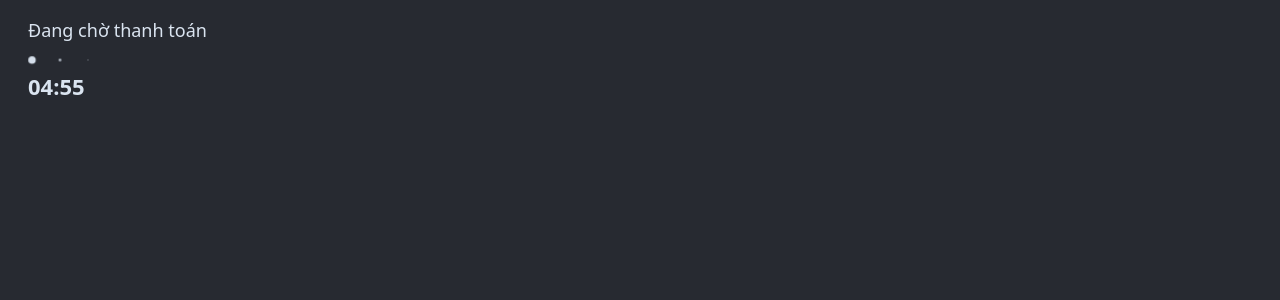
Repository: Quoc-Thang/projectasm
Page: payment.html
The author's editor kept a copy of each file at every save. The page is drawn from the files as they stood at one save, then again after the next save.
The browser window is 1280 px wide. The pictures show the whole page.
Some web libraries are served in a nearby version.

Above is the page before, as saved 2023-12-13 10:09:19.

### payment.html
<!DOCTYPE html>
<html lang="en">
  <head>
    <meta charset="UTF-8" />
    <meta name="viewport" content="width=device-width, initial-scale=1.0" />
    <title>F8 - Học lập trình để đi làm</title>
    <!-- Preconnect -->
    <link rel="preconnect" href="https://unpkg.com/aos@2.3.1" />
    <link
      rel="preconnect"
      href="https://cdn.jsdelivr.net/npm/bootstrap@5.3.2" />
    <link rel="preconnect" href="https://kit.fontawesome.com" />
    <link rel="preconnect" href="https://fonts.googleapis.com" />
    <link rel="preconnect" href="https://fonts.gstatic.com" crossorigin />

    <!-- AOS -->
    <link href="https://unpkg.com/aos@2.3.1/dist/aos.css" rel="stylesheet" />

    <!-- Bootstrap -->
    <link
      href="https://cdn.jsdelivr.net/npm/bootstrap@5.3.2/dist/css/bootstrap.min.css"
      rel="stylesheet"
      integrity="sha384-T3c6CoIi6uLrA9TneNEoa7RxnatzjcDSCmG1MXxSR1GAsXEV/Dwwykc2MPK8M2HN"
      crossorigin="anonymous" />

    <!-- Google Fonts -->
    <link
      href="https://fonts.googleapis.com/css2?family=Poppins:wght@100;200;300;400&family=Roboto:wght@100;300;400&display=swap"
      rel="stylesheet" />

    <!-- CSS -->
    <link rel="stylesheet" href="./view/assets/css/reset.css" />
    <link rel="stylesheet" href="./view/assets/css/synthetic.css" />
    <link rel="stylesheet" href="./view/assets/css/payment.css" />
  </head>
  <body>
    <div class="payment">
      <div class="left-payment">
        <div class="time-countdown">
          <div class="heading-time-countdown">
            <h4>Đang chờ thanh toán</h4>
          </div>
          <div class="loading-countdown">
            <div class="dot-flasing">
              <div></div>
              <div></div>
              <div></div>
            </div>
          </div>
          <div class="countdown-timer">
            <div id="countdown"></div>
          </div>
        </div>
        <div class="cart-payment"></div>
        <div class="coupon"></div>
        <div class="detail-payment"></div>
      </div>
      <div class="right-payment">
        <div class="instruct-payment-qr"></div>
        <div class="instruct-payment-handemade"></div>
        <div class="note-payment"></div>
      </div>
    </div>

    <!-- Javascript -->
    <script src="./view/assets/javascript/payment.js"></script>

    <!-- Font Awesome -->
    <script
      src="https://kit.fontawesome.com/3e006365dd.js"
      crossorigin="anonymous"></script>

    <!-- Bootstrap -->
    <script
      src="https://cdn.jsdelivr.net/npm/bootstrap@5.3.2/dist/js/bootstrap.bundle.min.js"
      integrity="sha384-C6RzsynM9kWDrMNeT87bh95OGNyZPhcTNXj1NW7RuBCsyN/o0jlpcV8Qyq46cDfL"
      crossorigin="anonymous"></script>

    <!-- AOS -->
    <script src="https://unpkg.com/aos@2.3.1/dist/aos.js"></script>
    <script>
      AOS.init();
    </script>
  </body>
</html>

### view/assets/css/synthetic.css
:root {
  --system-ui: system-ui, "Segoe UI", Roboto, Helvetica, Arial, sans-serif,
    "Apple Color Emoji", "Segoe UI Emoji", "Segoe UI Symbol";
  --font-code: "SF Mono", monospace;
}

html,
body {
  min-height: 100% !important;
  height: 100%;
}

body {
  font-family: var(--system-ui);
  scroll-behavior: smooth;
  overflow-x: hidden;
}

main {
  display: flex;
}

.main {
  display: flex;
  flex-direction: column;
}

article {
  display: flex;
  min-width: 100vh;
}

.wrapper {
  width: 100%;
}

/* width */
::-webkit-scrollbar {
  width: 8px;
}

/* Track */
::-webkit-scrollbar-track {
  box-shadow: inset 0 0 5px grey;
  /* border-radius: 8px; */
}

/* Handle */
::-webkit-scrollbar-thumb {
  background: #a9a9a9;
  border-radius: 4px;
}

/* Handle on hover */
::-webkit-scrollbar-thumb:hover {
  background: #a9a9a9;
}

ul {
  list-style-type: none;
  margin: 0;
  padding: 0;
}

a {
  text-decoration: none;
}

### view/assets/css/payment.css
.payment {
  width: 100%;
  height: 100%;
  background-color: #272a31;
  color: #dae4f0;
  display: flex;
  flex-direction: row;
}

.left-payment {
  width: 30%;
  height: 100%;
  padding: 20px 28px;
}

.heading-time-countdown h4 {
  font-size: 18px;
}

@keyframes dot-flasing {
  0% {
    transform: scale(1);
    opacity: 1;
  }
  45% {
    transform: scale(0.1);
    opacity: 0.7;
  }
  80% {
    transform: scale(1);
    opacity: 1;
  }
}

.dot-flasing {
  display: flex;
  align-items: center;
  padding: 10px 0;
  height: 20px;
  gap: 20px;
}

.dot-flasing > div {
  background-color: #dae4f0;
  width: 8px;
  height: 8px;
  border-radius: 50%;
  animation: dot-flasing 0.8s infinite normal both;
}

.dot-flasing > div:first-child {
  animation-delay: 0.13333333s;
}

.dot-flasing > div:nth-child(2) {
  animation-delay: 0.26666667s;
}

.dot-flasing > div:last-child {
  animation-delay: 0.4s;
}

.countdown-timer #countdown {
  font-size: 22px;
  font-weight: 600;
}

.right-payment {
  width: 70%;
  height: 100%;
  padding: 8px 40px;
}

### view/assets/javascript/payment.js
const targetMinutes = 5;
const endTime = new Date();
endTime.setMinutes(endTime.getMinutes() + targetMinutes);

const countdownElement = document.getElementById("countdown");

function updateCountdown() {
  const currentTime = new Date();
  const timeDifference = endTime - currentTime;

  const minutes = Math.floor((timeDifference % (1000 * 60 * 60)) / (1000 * 60));
  const seconds = Math.round((timeDifference % (1000 * 60)) / 1000);

  countdownElement.textContent = `0${minutes}:${
    seconds < 10 ? "0" : ""
  }${seconds}`;

  if (timeDifference <= 0) {
    clearInterval(timerInterval);
    countdownElement.textContent = "00:00";
    alert("Hết thời gian!");
  }
}

const timerInterval = setInterval(updateCountdown, 1000);

updateCountdown();

Loaded but not shown: view/assets/css/reset.css (common file)

After the next save:
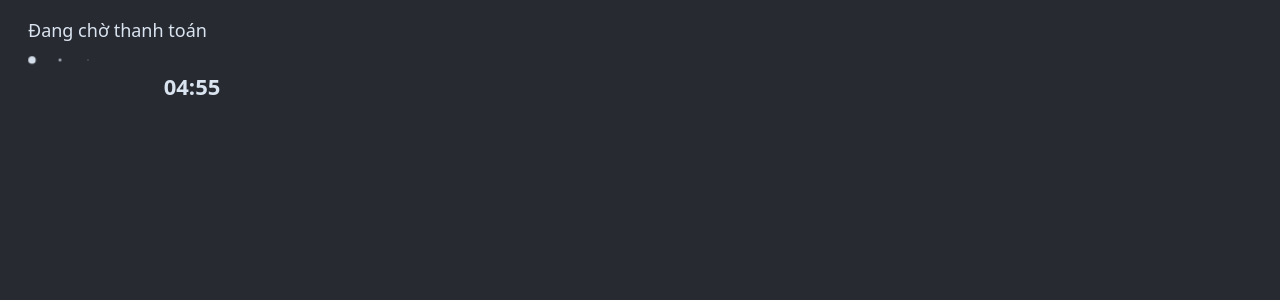
Saved 21 s later.
--- a/view/assets/css/payment.css
+++ b/view/assets/css/payment.css
@@ -60,6 +60,10 @@
   animation-delay: 0.4s;
 }
 
+.countdown-timer {
+  text-align: center;
+}
+
 .countdown-timer #countdown {
   font-size: 22px;
   font-weight: 600;
